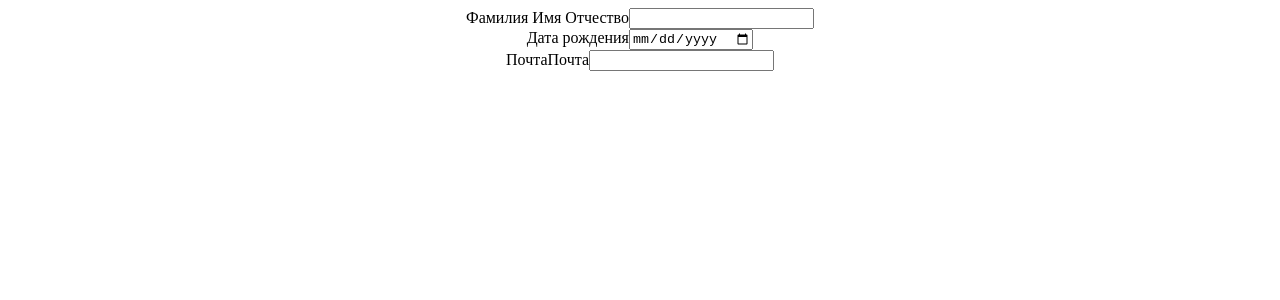
Repository: asya-aisa/test-work
Page: /
These files come from the project's save history. The page is drawn as it stood at one moment and after a run of saves; the edit follows.
The browser window is 1280 px wide. The pictures show the whole page.
The project was rebuilt for these pictures with package versions that can differ from the ones it lists, and the page was loaded fresh each time.

Above is the page before, as saved 2023-07-19 22:21:41.

After the next 3 saves:
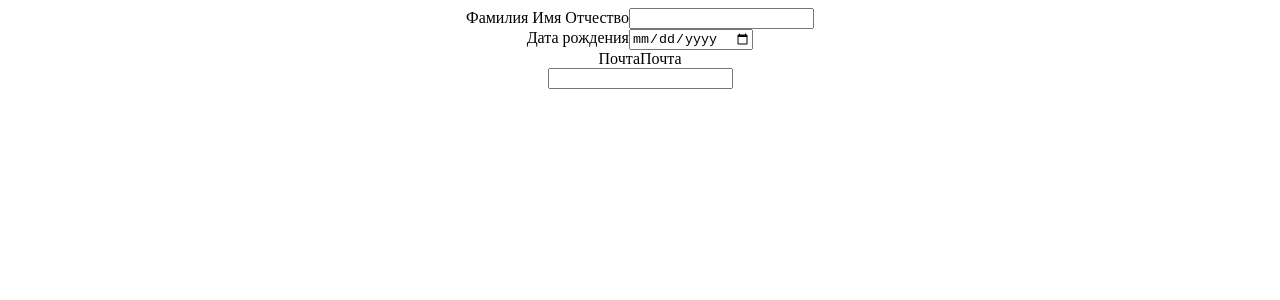
The 3 saves are shown as one change because they came seconds apart.
The last was saved 8 s later.
--- a/src/InfoPartOne.js
+++ b/src/InfoPartOne.js
@@ -40,10 +40,10 @@ export class InfoPartOne extends Component {
                 </div>
                 <div>
                     <div>
+                                            <label>Почта</label>
+                    <label>Почта</label>
+                    </div>
 
-                    </div>
-                    <label>Почта</label>
-                    <label>Почта</label>
                     <input type="email" required=""  />
                 </div>
 
